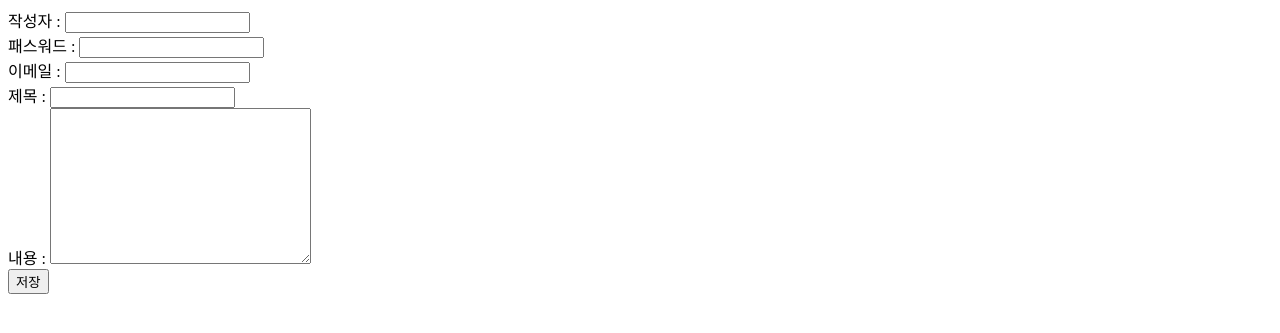
Repository: GitOnibi/jsp
Page: http://localhost/JSPprojec/notice/write_form.jsp?mode=write
The author's editor kept a copy of each file at every save. The page is drawn from the files as they stood at one save, then again after the next save.
The browser window is 1280 px wide. The pictures show the whole page.
The page is served by Tomcat 9.

Above is the page before, as saved 2019-01-11 10:49:02.

After the next save:
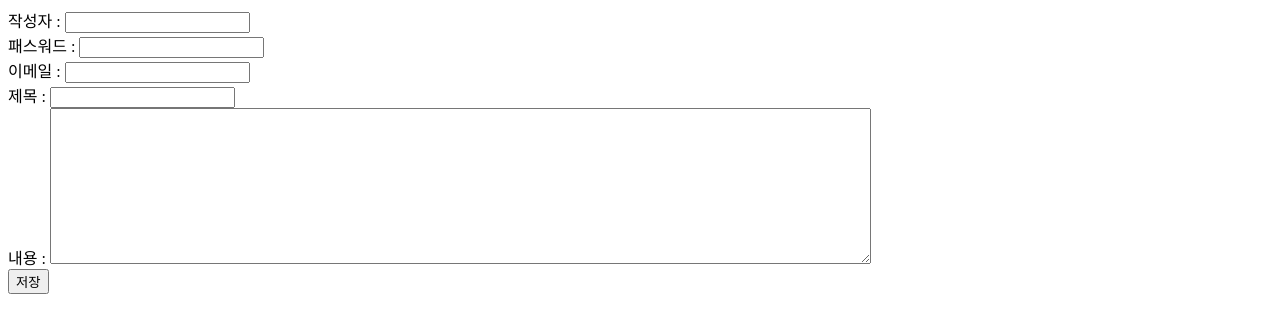
Saved 44 s later.
--- a/JSPprojec/WebContent/notice/write_form.jsp
+++ b/JSPprojec/WebContent/notice/write_form.jsp
@@ -11,7 +11,7 @@
 		패스워드 : <input type="text" name="user_pw"/><br />
 		이메일 : <input type="text" name="user_email"/><br />
 		제목 : <input type="text" name="title"/><br />
-		내용 : <textarea name="contents" id="" cols="30" rows="10"></textarea><br />
+		내용 : <textarea name="contents" id="" cols="100" rows="10"></textarea><br />
 		<input type="submit" value="저장"/>
 	</form>
 </body>
